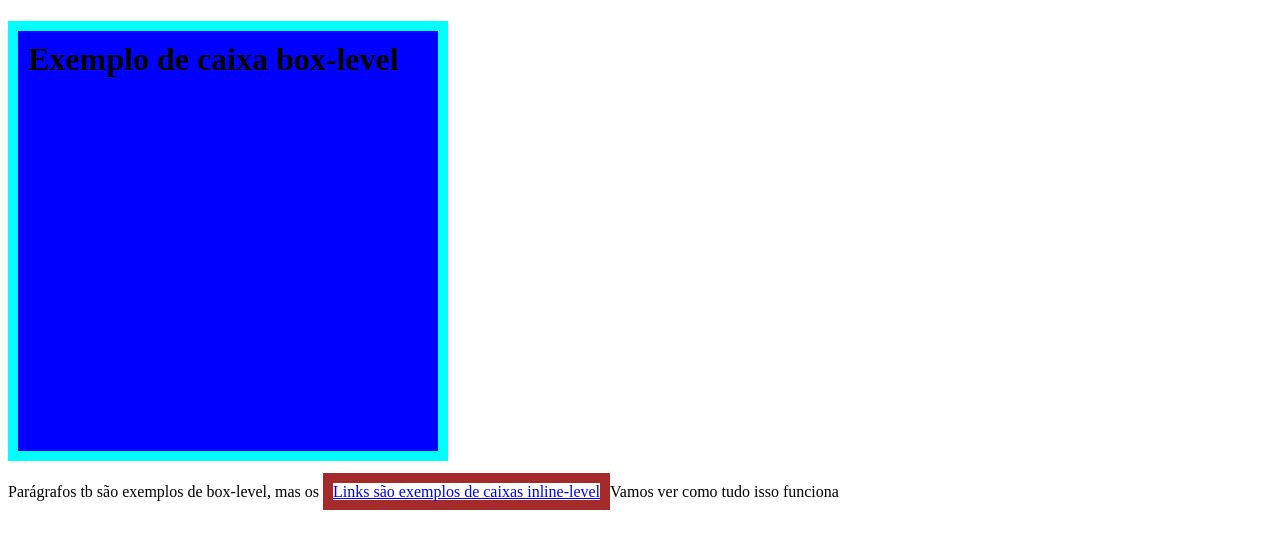
Repository: DorivalJunior14/exercicios
Page: ex.caixas.html/ex.caixas.html
The author's editor kept a copy of each file at every save. The page is drawn from the files as they stood at one save, then again after the next save.
The browser window is 1280 px wide. The pictures show the whole page.

Above is the page before, as saved 2021-05-12 16:38:06.

After the next save:
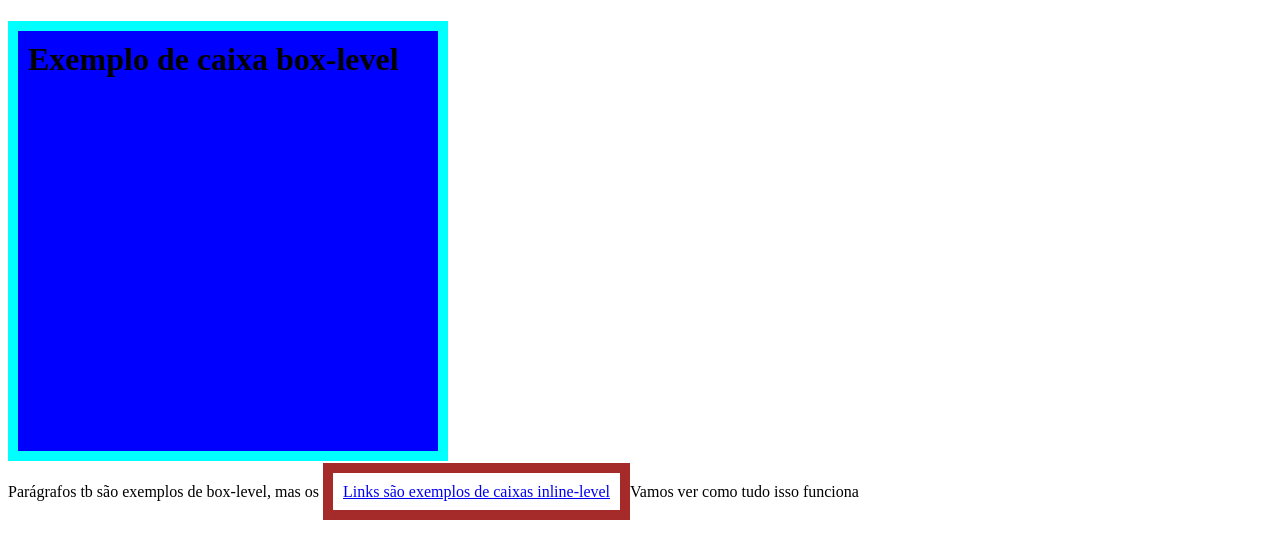
Saved 6 s later.
--- a/ex.caixas.html/ex.caixas.html
+++ b/ex.caixas.html/ex.caixas.html
@@ -23,7 +23,10 @@
             border-width: 10px;
             border-style: solid;
             border-color: brown;
-
+            padding-top: 10px;
+            padding-right: 10px;
+            padding-bottom: 10px;
+            padding-left: 10px;
         }
     </style>
 </head>
